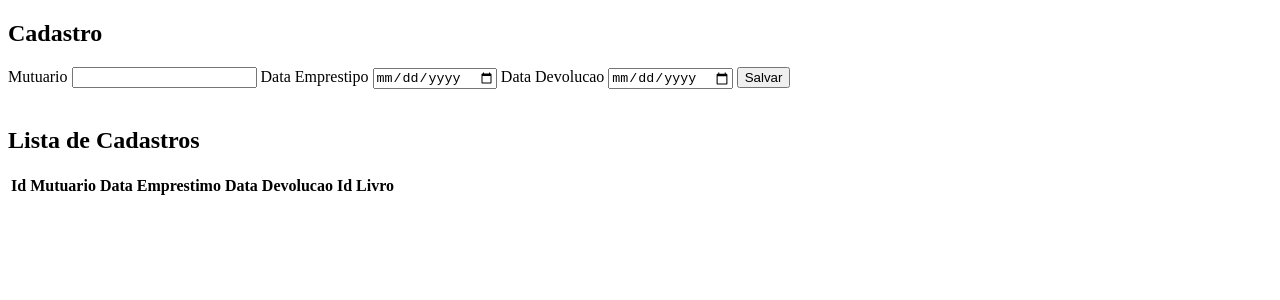
Repository: CorsaSedan/Project-book
Page: http://localhost/loan-view
These files come from the project's save history. The page is drawn as it stood at one moment and after the next save; the edit follows.
The browser window is 1280 px wide. The pictures show the whole page.
The page is this project's Thymeleaf template; nobody is signed in. The template is opened directly, without the code that normally fills it, so the values that code supplies are empty.

Above is the page before, as saved 2020-01-19 21:41:50.

### project-book/src/main/resources/templates/loan-view.html
<!DOCTYPE html>
<html xmlns:th="http://www.thymeleaf.org">
<head>
<title>Emprestimos</title>
</head>

<body>
	<h2>Cadastro</h2>
	<form action="#" th:action="@{/book/{id}(id = ${book.id})/loan}" th:object="${loan}" method="post">
		<label>Mutuario</label> <input type="text" th:field="*{borrower}">
		<label>Data Emprestipo</label> <input type="date" th:field="*{borrowed}">
		<label>Data Devolucao</label> <input type="date" th:field="*{returned}">
		<input type="submit" value="Salvar">
	</form>
	<br>
	<h2>Lista de Cadastros</h2>
	<table>
		<thead>
			<tr>
				<th>Id</th>
				<th>Mutuario</th>
				<th>Data Emprestimo</th>
				<th>Data Devolucao</th>
				<th>Id Livro</th>
			</tr>
		</thead>
		<tbody>
			<tr th:each="loan: ${loans}">
				<td th:text="${loan.borrower}"></td>
				<td th:text="${loan.borrowed}"></td>
				<td th:text="${loan.returned}"></td>
				<td th:text="$(loan.book.id)"></td>
				<td><a href="">Editar</a></td>
				<td><a href="">Excluir</a></td>
			</tr>
		</tbody>
	</table>
</body>
</html>

After the next save:
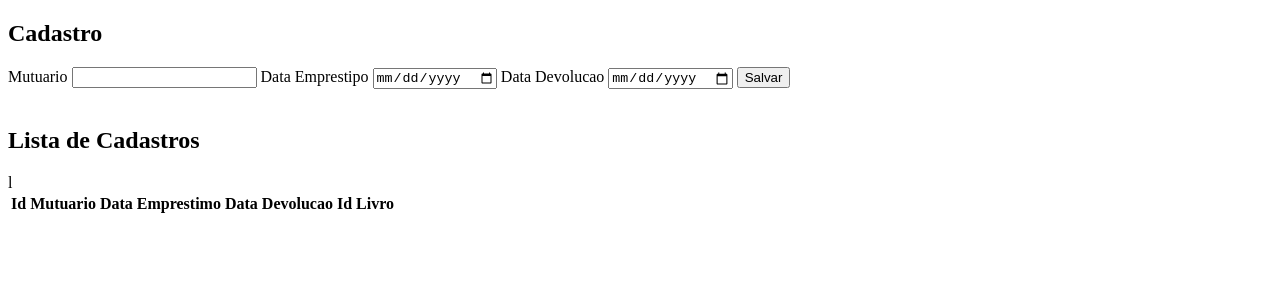
Saved 23 s later.
--- a/project-book/src/main/resources/templates/loan-view.html
+++ b/project-book/src/main/resources/templates/loan-view.html
@@ -22,7 +22,7 @@
 				<th>Data Emprestimo</th>
 				<th>Data Devolucao</th>
 				<th>Id Livro</th>
-			</tr>
+			</tr>l
 		</thead>
 		<tbody>
 			<tr th:each="loan: ${loans}">
